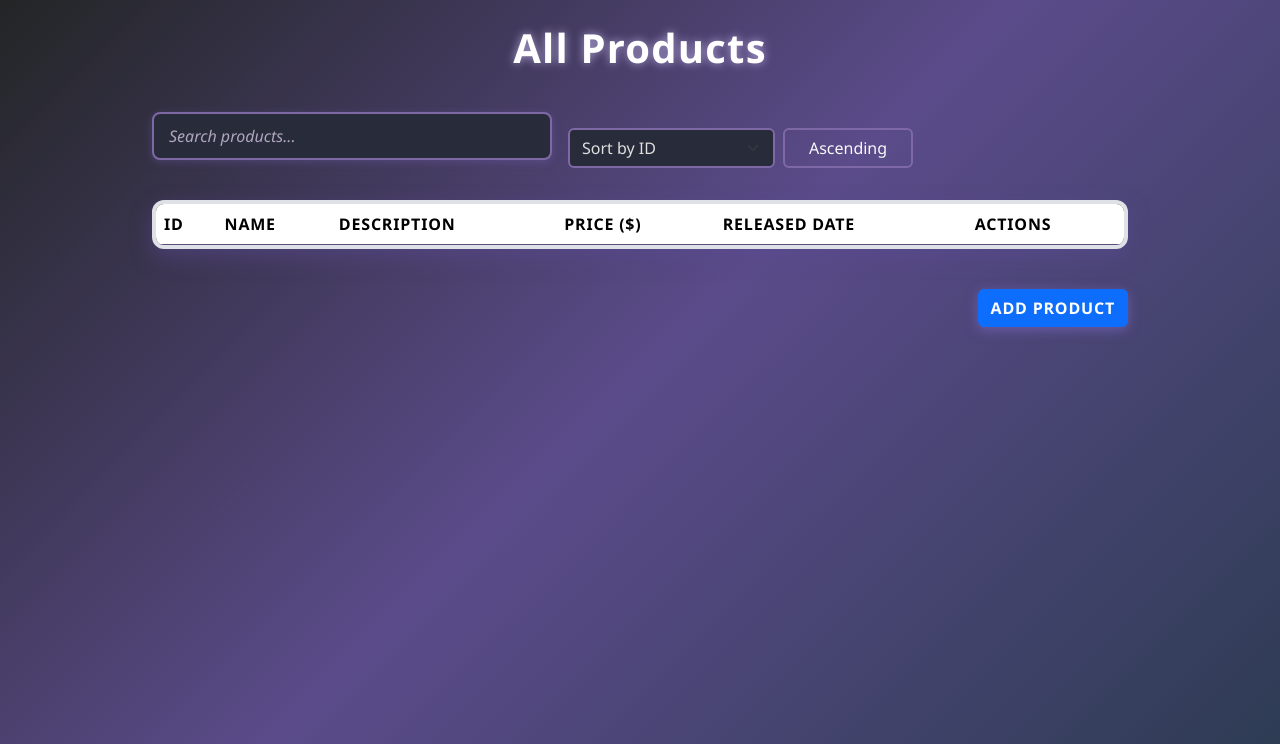
Repository: shyamoracle/training_case_study
Page: pmsagain/pmsitis/src/main/resources/webapp/index.html
These files come from the project's save history. The page is drawn as it stood at one moment and after the next save; the edit follows.
The browser window is 1280 px wide. The pictures show the whole page.
The page's requests for data from a server got no answer.

Above is the page before, as saved 2025-09-19 04:52:04.

### pmsagain/pmsitis/src/main/resources/webapp/index.html
<!DOCTYPE html>
<html lang="en">
<head>
  <meta charset="UTF-8" />
  <title>Product List</title>
  <link href="https://cdn.jsdelivr.net/npm/bootstrap@5.3.2/dist/css/bootstrap.min.css" rel="stylesheet" />
  <style>
    /* Body & typography */
    body {
      background: linear-gradient(135deg, #232526, #5b4b8a, #2e3c54);
      color: #e0e0e0;
      font-family: 'Segoe UI', Tahoma, Geneva, Verdana, sans-serif;
      min-height: 100vh;
      padding-bottom: 2rem;
    }

    /* Header */
    h1 {
      text-align: center;
      margin-bottom: 2.5rem;
      color: rgb(255, 255, 255)!important;
      font-weight: 700;
      letter-spacing: 1.2px;
      text-shadow: 0 0 10px rgba(216, 202, 255, 0.7);
    }

    /* Container tweaks */
    .container {
      max-width: 1000px;
    }
    #searchInput {
  width: 100%;
  max-width: 400px;
  padding: 10px 15px;
  margin-bottom: 1.5rem;
  border: 2px solid #7e68a6;  /* lavender border */
  border-radius: 8px;
  background-color: #282c3a;  /* matching table background */
  color: #e0e0e0;
  font-size: 1rem;
  box-shadow: 0 2px 8px rgba(125, 105, 200, 0.3);
  transition: border-color 0.3s ease, box-shadow 0.3s ease;
}

#searchInput::placeholder {
  color: #b0a6c0;
  font-style: italic;
}

#searchInput:focus {
  outline: none;
  border-color: #a593d1;  /* lighter lavender on focus */
  box-shadow: 0 0 8px 2px rgba(165, 147, 209, 0.7);
  background-color: #2e3150;
}


    /* Table styling */
    table {
      border-collapse: separate !important;
      border-spacing: 0;
      border-radius: 12px;
      overflow: hidden;
      border: 4px solid white;  /* thick white border */
      background-color: #282c3a;
      box-shadow: 0 8px 20px rgba(89, 74, 146, 0.5);
      transition: box-shadow 0.3s ease;
      width: 100%;
    }

    table:hover {
      box-shadow: 0 12px 30px rgba(89, 74, 146, 0.8);
    }

    thead th {
      background-color: #7e68a6;
      color: #fff;
      font-weight: 600;
      border-bottom: 3px solid #5a4d7a;
      padding: 14px 50px;
      letter-spacing: 0.05em;
      text-transform: uppercase;
      user-select: none;
    }

    tbody tr:hover {
      background-color: #3b3f58;
      cursor: pointer;
      transition: background-color 0.3s ease;
    }

    tbody td {
      border-top: 1px solid #5a4d7a;
      padding: 14px 50px;
      color: #cfcfe3;
      vertical-align: middle;
    }

    tbody tr:last-child td:first-child {
      border-bottom-left-radius: 12px;
    }

    tbody tr:last-child td:last-child {
      border-bottom-right-radius: 12px;
    }

    /* Action buttons in table */
    .btn-sm {
      padding: 0.25rem 0.5rem;
      font-size: 0.875rem;
    }

    /* Add Product button */
    .btn-add {
      margin-top: 1.5rem;
      margin-bottom: 1rem;
      float: right;
      box-shadow: 0 3px 12px rgba(125, 105, 200, 0.6);
      font-weight: 600;
      letter-spacing: 0.05em;
      text-transform: uppercase;
      transition: background-color 0.3s ease, box-shadow 0.3s ease;
    }

    .btn-add:hover {
      background-color: #6a54a2;
      box-shadow: 0 5px 15px rgba(125, 105, 200, 0.9);
    }
#sortSelect {
  min-width: 160px;
  background-color: #282c3a;
  color: #e0e0e0;
  border: 2px solid #7e68a6;
}

#toggleOrderBtn {
  min-width: 130px;
  border: 2px solid #7e68a6;
}



    /* Responsive adjustments */
    @media (max-width: 768px) {
      thead th, tbody td {
        padding: 10px 12px;
      }
      .btn-add {
        float: none;
        display: block;
        width: 100%;
        text-align: center;
      }
    }
  </style>
</head>
<body>
  <div class="container mt-4">
    <h1>All Products</h1>

   <div class="d-flex flex-wrap align-items-center gap-3 mb-3">
  <input
    type="text"
    id="searchInput"
    placeholder="Search products..."
    aria-label="Search products"
    class="flex-grow-1"
  />

  <div class="d-flex gap-2 ">
    <select id="sortSelect" class="form-select">
      <option value="productId">Sort by ID</option>
      <option value="productName">Sort by Name</option>
      <option value="productDescription">Sort by Description</option>
      <option value="productPrice">Sort by Price</option>
      <option value="productReleasedOn">Sort by Release Date</option>
    </select>

    <button id="toggleOrderBtn" class="btn btn-outline-light">Ascending</button>
  </div>
</div>


    <table class="table">
      <thead>
        <tr>
         <thead>
  <tr>
    <th data-column="productId" class="sortable">ID</th>
    <th data-column="productName" class="sortable">Name</th>
    <th data-column="productDescription" class="sortable">Description</th>
    <th data-column="productPrice" class="sortable">Price ($)</th>
    <th data-column="productReleasedOn" class="sortable">Released Date</th>
    <th>Actions</th>
  </tr>
</thead>

        </tr>
      </thead>
      <tbody id="productTableBody"></tbody>
    </table>

    <a href="add-product.html" class="btn btn-primary btn-add">Add Product</a>

  </div>

  <script src="js/api.js"></script>
  <script src="js/main.js"></script>
  <script src="js/search.js"></script>
  <script src="js/sort.js"></script>
</body>
</html>

### pmsagain/pmsitis/src/main/resources/webapp/js/api.js
const API_BASE = "http://localhost:8080/pmsapp/webapi/products";

async function getAllProducts() {
  const res = await fetch(`${API_BASE}/all`);
  return await res.json();
}

async function deleteProduct(id) {
  await fetch(`${API_BASE}/delete/${id}`, { method: "DELETE" });
}

async function addProduct(product) {
  return await fetch(`${API_BASE}/add`, {
    method: "POST",
    headers: { "Content-Type": "application/json" },
    body: JSON.stringify(product),
  });
}

async function getProduct(id) {
  const res = await fetch(`${API_BASE}/view?id=${id}`);
  return await res.json();
}

async function updateProduct(id, product) {
  return await fetch(`${API_BASE}/edit/${id}`, {
    method: "PUT",
    headers: { "Content-Type": "application/json" },
    body: JSON.stringify(product),
  });
}

### pmsagain/pmsitis/src/main/resources/webapp/js/main.js
let productsCache = [];

document.addEventListener("DOMContentLoaded", async () => {
  productsCache = await getAllProducts();

  // Initialize sorting and render the result
  const initiallySorted = initSortUI(productsCache, renderTable);
  renderTable(initiallySorted);

  initSearch(); // still in search.js
});

function renderTable(products) {
  const tableBody = document.getElementById("productTableBody");
  tableBody.innerHTML = "";

  products.forEach(product => {
    const row = document.createElement("tr");
    row.innerHTML = `
      <td>${product.productId}</td>
      <td>${product.productName}</td>
      <td>${product.productDescription}</td>
      <td>${product.productPrice}</td>
      <td>${product.productReleasedOn}</td>
      <td>
        <a href="edit-product.html?id=${product.productId}" class="btn btn-sm btn-primary">Edit</a>
        <button class="btn btn-sm btn-danger" onclick="deleteAndReload(${product.productId})">Delete</button>
      </td>`;
    tableBody.appendChild(row);
  });
}

async function deleteAndReload(id) {
  if (confirm("Are you sure you want to delete this product?")) {
    await deleteProduct(id);
    window.location.reload();
  }
}

### pmsagain/pmsitis/src/main/resources/webapp/js/search.js
// search.js
document.addEventListener('DOMContentLoaded', () => {
  const searchInput = document.getElementById('searchInput');
  const tableBody = document.getElementById('productTableBody');

  if (!searchInput || !tableBody) return; // safety check

  searchInput.addEventListener('input', () => {
    const filter = searchInput.value.toLowerCase();
    const rows = tableBody.getElementsByTagName('tr');

    for (let row of rows) {
      let text = '';
      for (let cell of row.cells) {
        text += cell.textContent.toLowerCase() + ' ';
      }
      row.style.display = text.includes(filter) ? '' : 'none';
    }
  });
});
/**
 *
 */

### pmsagain/pmsitis/src/main/resources/webapp/js/sort.js
// sort.js

let currentSort = { column: 'productId', ascending: true };

function initSortUI(products, onSortedCallback) {
  const sortSelect = document.getElementById("sortSelect");
  const toggleOrderBtn = document.getElementById("toggleOrderBtn");

  // Set default text
  toggleOrderBtn.textContent = currentSort.ascending ? "Ascending" : "Descending";

  // Event: Change column
  sortSelect.addEventListener("change", () => {
    currentSort.column = sortSelect.value;
    const sorted = sortProducts(products);
    onSortedCallback(sorted);
  });

  // Event: Toggle order
  toggleOrderBtn.addEventListener("click", () => {
    currentSort.ascending = !currentSort.ascending;
    toggleOrderBtn.textContent = currentSort.ascending ? "Ascending" : "Descending";
    const sorted = sortProducts(products);
    onSortedCallback(sorted);
  });

  // Initial sort
  return sortProducts(products);
}

function sortProducts(products) {
  return [...products].sort((a, b) => {
    let valA = a[currentSort.column];
    let valB = b[currentSort.column];

    if (!isNaN(valA) && !isNaN(valB)) {
      valA = parseFloat(valA);
      valB = parseFloat(valB);
    } else if (isValidDate(valA) && isValidDate(valB)) {
      valA = new Date(valA);
      valB = new Date(valB);
    } else {
      valA = valA.toString().toLowerCase();
      valB = valB.toString().toLowerCase();
    }

    if (valA < valB) return currentSort.ascending ? -1 : 1;
    if (valA > valB) return currentSort.ascending ? 1 : -1;
    return 0;
  });
}

function isValidDate(val) {
  return !isNaN(Date.parse(val));
}

After the next save:
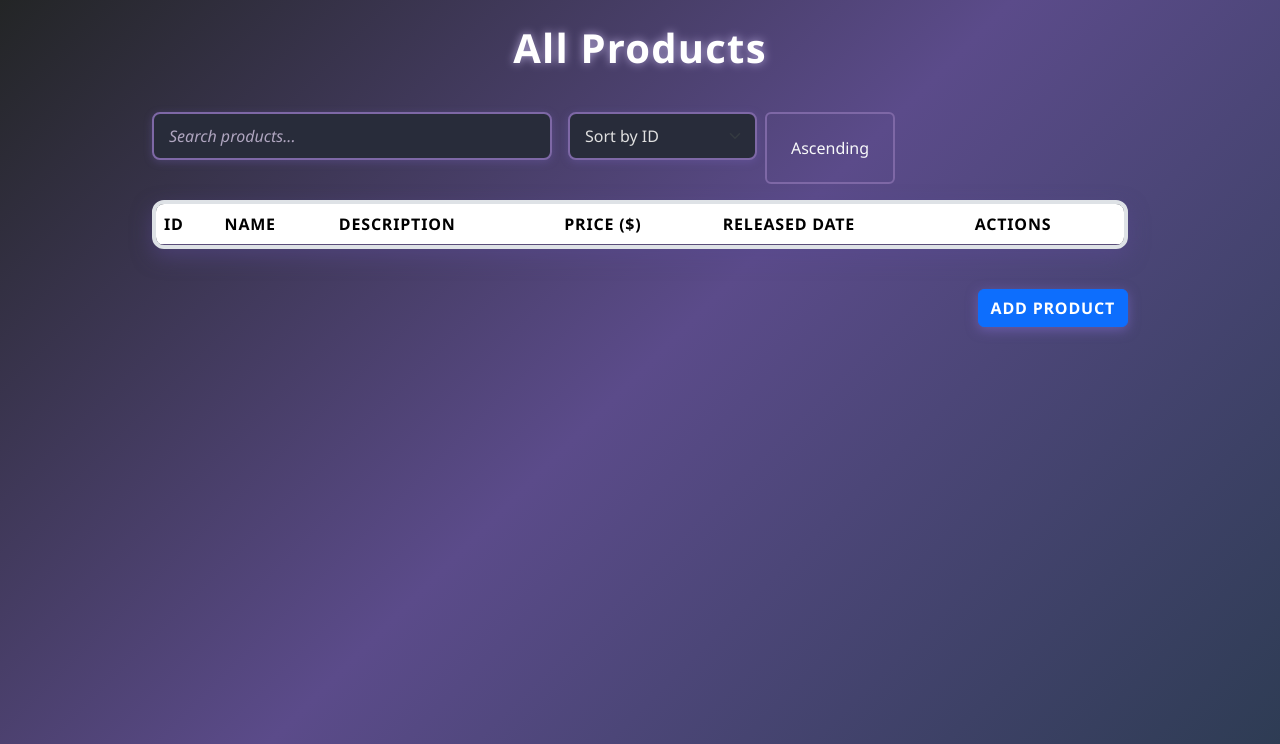
Saved 2 min 28 s later.
--- a/pmsagain/pmsitis/src/main/resources/webapp/index.html
+++ b/pmsagain/pmsitis/src/main/resources/webapp/index.html
@@ -128,9 +128,17 @@
     }
 #sortSelect {
   min-width: 160px;
-  background-color: #282c3a;
+ width: 100%;
+  max-width: 400px;
+  padding: 10px 15px;
+  margin-bottom: 1.5rem;
+  border: 2px solid #7e68a6;  /* lavender border */
+  border-radius: 8px;
+  background-color: #282c3a;  /* matching table background */
   color: #e0e0e0;
-  border: 2px solid #7e68a6;
+  font-size: 1rem;
+  box-shadow: 0 2px 8px rgba(125, 105, 200, 0.3);
+  transition: border-color 0.3s ease, box-shadow 0.3s ease;
 }
 
 #toggleOrderBtn {
